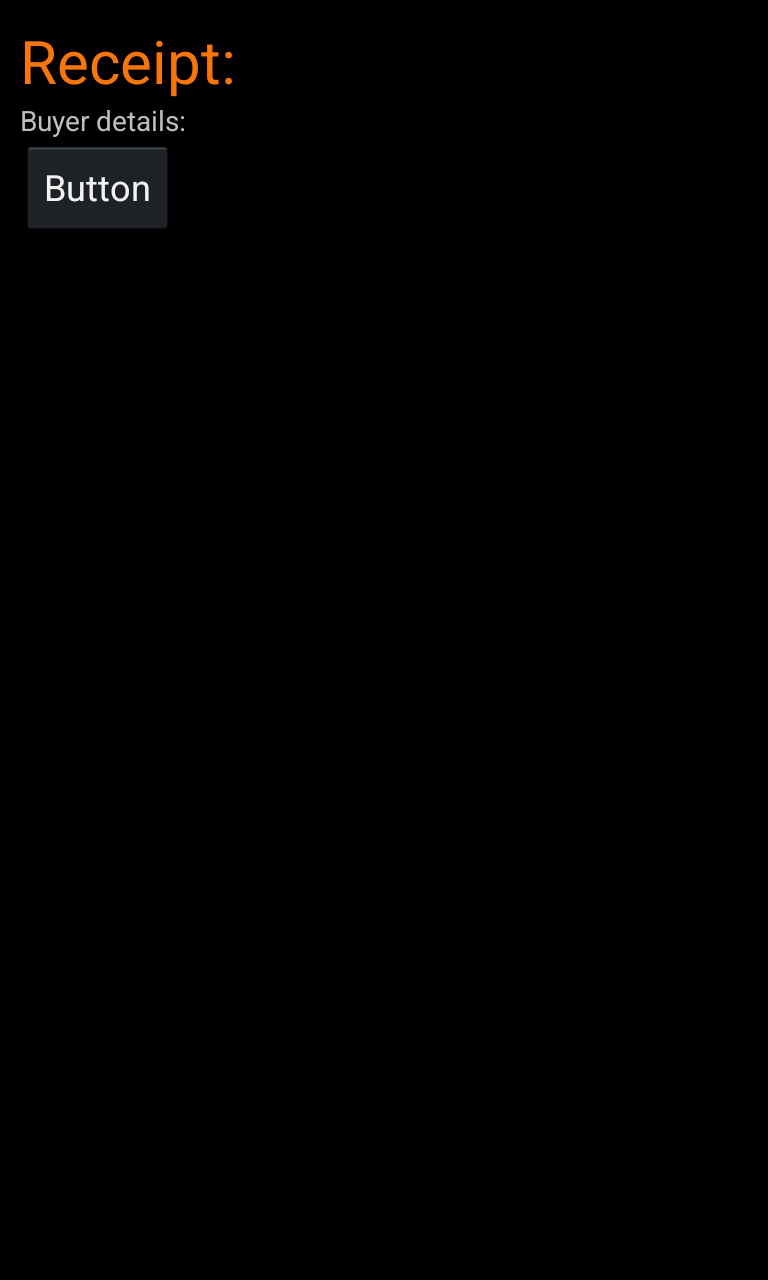
Repository: Adammdit/DT2283GUI
Layout: GunSmoke/res/layout/activity_receipt.xml
The author's editor kept a copy of each file at every save. The layout is drawn from the files as they stood at one save, then again after the next save.
It is drawn on a 768 x 1280 px phone screen (xhdpi) without system bars, with theme android:Theme.Holo; the app's code is not run.

Above is the layout before, as saved 2014-11-09 14:29:48.

### GunSmoke/res/layout/activity_receipt.xml
<LinearLayout xmlns:android="http://schemas.android.com/apk/res/android"
    xmlns:tools="http://schemas.android.com/tools"
    android:id="@+id/LinearLayout1"
    android:layout_width="match_parent"
    android:layout_height="match_parent"
    android:paddingBottom="10dp"
    android:paddingLeft="10dp"
    android:paddingRight="10dp"
    android:paddingTop="10dp"
    android:orientation="vertical" >

    <TextView
        android:layout_width="wrap_content"
        android:layout_height="wrap_content"
        android:textColor="#F7750A"
        android:text="Receipt:"
        android:textSize="30sp" />

    <TextView
        android:layout_width="wrap_content"
        android:layout_height="wrap_content"
        android:text="@string/buyerDetails" />

    <Button
        android:id="@+id/confirm"
        android:layout_width="wrap_content"
        android:layout_height="wrap_content"
        android:layout_marginBottom="120dp"
        android:text="Button" />

</LinearLayout>

### GunSmoke/res/values/strings.xml
<?xml version="1.0" encoding="utf-8"?>
<resources>

    <string name="app_name">GunSmoke</string>
    <string name="title">Details form:</string>
    <string name="mainLabel">Main list</string>
    <string name="nameLabel">NAME : </string>
    <string name="ageLabel">AGE : </string>
    <string name="emailLabel">EMAIL : </string>
    <string name="budgetLabel">BUDGET : </string>
    <string name="female">Female</string>
    <string name="male">Male</string>
    <string name="buttonLabel">Continue</string>
    <string name="title_activity_splash_screen">SplashScreen</string>
    <string name="splash_info">All prices excludes vat = 21%</string>
    <string name="title_activity_details_form">DetailsForm</string>
    <string name="budgetHint">Enter available budget</string>
    <string name="emailHint">Enter your email address</string>
    <string name="ageHint">Enter your age</string>
    <string name="formInfo">Please register first :</string>
    <string name="nameHint">Enter your name</string>
    <string name="title_activity_receipt">Receipt</string>
    <string name="buyerDetails">Buyer details:</string>

    <!-- List of job titles -->
    <string-array name="jobTitles">
        <item>Select your job</item>
        <item>Accountancy, banking and finance</item>
        <item>Animal and plant resources</item>
        <item>Advertising, marketing and PR</item>
        <item>Business, consulting and management</item>
        <item>Charity and voluntary work</item>
        <item>Creative arts and design</item>
        <item>Education</item>
        <item>Engineering, manufacturing and production</item>
        <item>Healthcare</item>
        <item>Human resources and employment</item>
        <item>Information services</item>
        <item>Information technology</item>
        <item>Insurance and pensions</item>
        <item>Law</item>
        <item>Leisure, sport and tourism</item>
        <item>Media and broadcasting</item>
        <item>Performing arts</item>
        <item>Publishing and journalism</item>
        <item>Scientific services</item>
        <item>Transport, logistics and distribution</item>
    </string-array>
    <!-- Melee weapones -->
    <string-array name="melee">
        <item>Knife</item>
        <item>Machete</item>
        <item>Maltador</item>
        <item>Galstead</item>
        <item>Throwing knife</item>
        <item>Ubuntu</item>
        <item>Windows7</item>
        <item>Max OS X</item>
        <item>Linux</item>
        <item>OS/2</item>
    </string-array>



</resources>

After the next save:
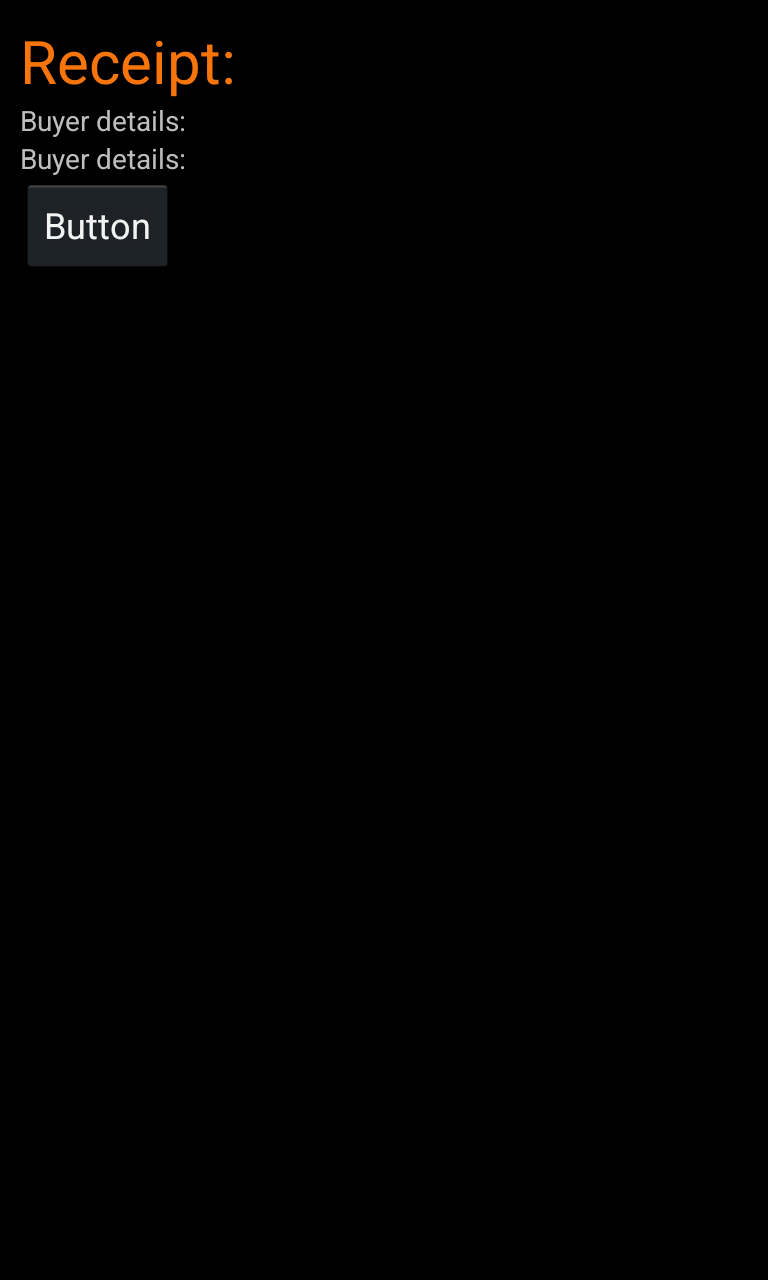
Saved 2 min 0 s later.
--- a/GunSmoke/res/layout/activity_receipt.xml
+++ b/GunSmoke/res/layout/activity_receipt.xml
@@ -20,6 +20,11 @@
         android:layout_width="wrap_content"
         android:layout_height="wrap_content"
         android:text="@string/buyerDetails" />
+    <TextView
+        android:id="@+id/receiptName"
+        android:layout_width="wrap_content"
+        android:layout_height="wrap_content"
+        android:text="@string/buyerDetails" />
 
     <Button
         android:id="@+id/confirm"
